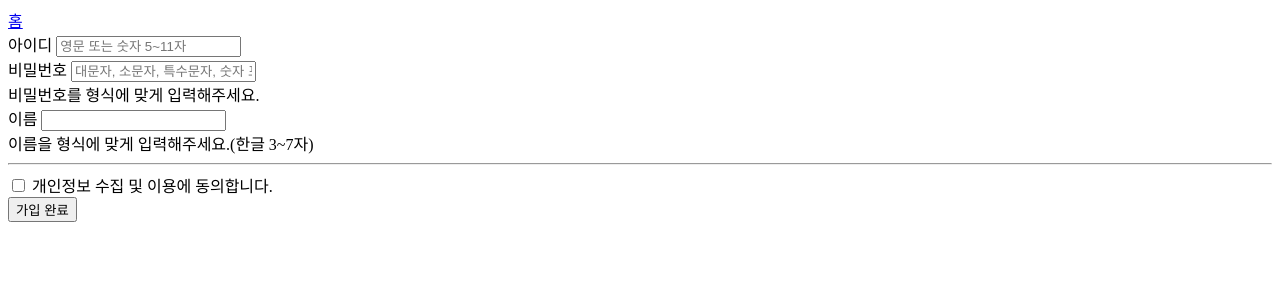
Repository: PacJ/spring_project
Page: http://localhost/spring_project/WEB-INF/views/admin/adminSignup.jsp
These files come from the project's save history. The page is drawn as it stood at one moment and after the next save; the edit follows.
The browser window is 1280 px wide. The pictures show the whole page.
The page is served by Tomcat 9. Nobody is signed in. Other server files are loaded and not shown. The template is opened directly, without the code that normally fills it, so the values that code supplies are empty.

Above is the page before, as saved 2023-03-03 02:48:46.

### spring_project/src/main/webapp/WEB-INF/views/admin/adminSignup.jsp
<%@ page language="java" contentType="text/html; charset=UTF-8"
    pageEncoding="UTF-8"%>



<a href="../home.do">홈</a>
 <div class="container">
     <div class="input-form-backgroud row">
      <div class="input-form col-md-12 mx-auto">
        <form class="validation-form" method="post" action="adminSignup.do" novalidate >

           <div class="row">
	         <div class="mb-3">
	            <label for="userId">아이디</label>
	            <input type="text" class="form-control" name="adminId"
	            		pattern="[a-zA-Z0-9]{5,11}"
	            		placeholder="영문 또는 숫자 5~11자" required>
	            <div class="invalid-feedback">

	            </div>
	          </div>
<!-- 	            pattern="[a-zA-Z0-9]{8,15}"  -->

	          <div class="mb-3">
	            <label for="pass">비밀번호</label>
	            <input type="password"  class="form-control" name="adminPw"
	             pattern="^(?=.*[0-9])(?=.*[a-z])(?=.*[A-Z])(?=.*[!@#&()–[{}]:;',?/*~$^+=<>]).{8,15}$"
	             placeholder="대문자, 소문자, 특수문자, 숫자 포함 8~15자" required
	             >
	            <div class="invalid-feedback">
	              비밀번호를 형식에 맞게 입력해주세요.
	            </div>
	          </div>

	          <!--           <div class="mb-3">
	            <label for="passChk">비밀번호 재입력</label>
	            <input type="text"  class="form-control" name="member_passChk"
	            pattern="[a-zA-Z0-9]{8,15}" placeholder="영문,숫자 8~15자" required>
	           <div class="invalid-feedback">
	              비밀번호가 일치하지 않습니다.
	            </div>
	          </div>  -->

	           <div class="mb-3">
	              <label for="name">이름</label>
	              <input type="text" class="form-control" name="adminName" />
	              <div class="invalid-feedback">
	                이름을 형식에 맞게 입력해주세요.(한글 3~7자)
	              </div>
	            </div>


	          <hr class="mb-4">
	          <div class="custom-control custom-checkbox">
	            <input type="checkbox" class="custom-control-input" id="aggrement" required>
	            <label class="custom-control-label" for="aggrement">개인정보 수집 및 이용에 동의합니다.</label>
	          </div>
	          <div class="mb-4">
	          <input type="hidden" name="memberType" value="1" />
	           <button class="btn btn-dark btn-lg btn-block" type="submit">가입 완료</button>
          	 </div>
	        </div>

	      </form>
	      </div>
    </div>
</div>

  <script >
       const forms = document.getElementsByClassName('validation-form');

      Array.prototype.filter.call(forms, (form) => {
        form.addEventListener('submit', function (event) {
          if (form.checkValidity() === false) {
            event.preventDefault();
            event.stopPropagation();
          }

          form.classList.add('was-validated');
        }, false);
      });

  </script>

After the next save:
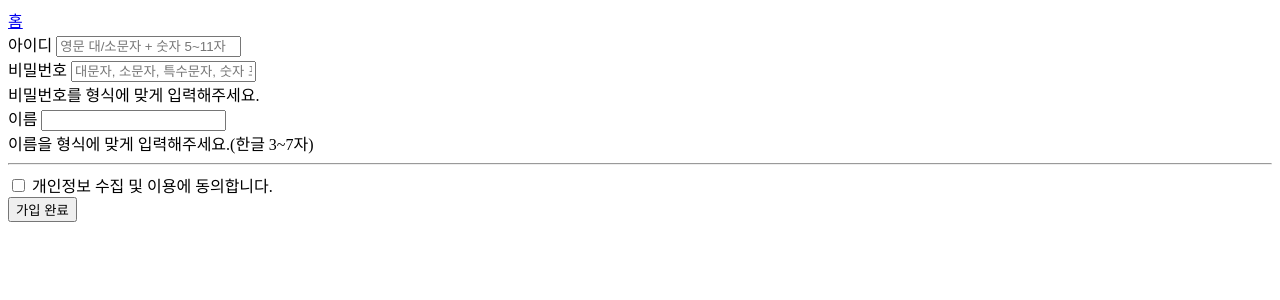
Saved 21 s later.
--- a/spring_project/src/main/webapp/WEB-INF/views/admin/adminSignup.jsp
+++ b/spring_project/src/main/webapp/WEB-INF/views/admin/adminSignup.jsp
@@ -14,7 +14,7 @@
 	            <label for="userId">아이디</label>
 	            <input type="text" class="form-control" name="adminId"
 	            		pattern="[a-zA-Z0-9]{5,11}"
-	            		placeholder="영문 또는 숫자 5~11자" required>
+	            		placeholder="영문 대/소문자 + 숫자 5~11자" required>
 	            <div class="invalid-feedback">
 
 	            </div>
